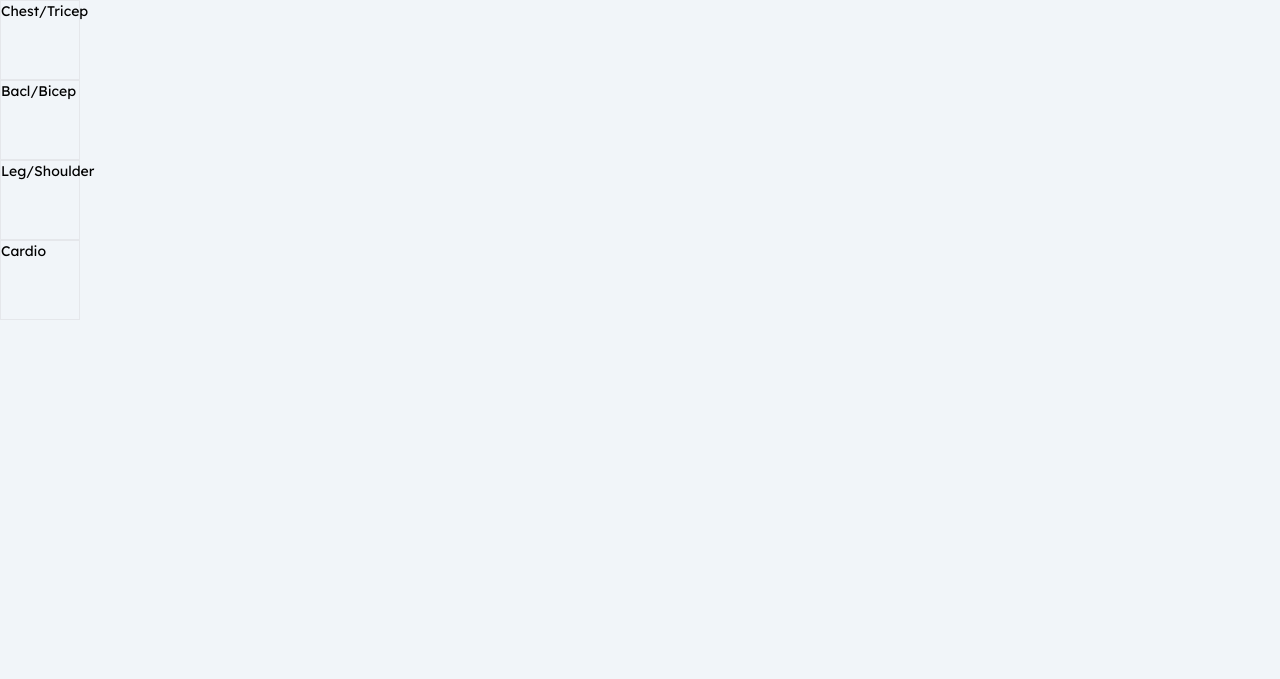
Repository: stavan30/tracker
Page: /
The author's editor kept a copy of each file at every save. The page is drawn from the files as they stood at one save, then again after the next save.
The browser window is 1280 px wide. The pictures show the whole page.
The project was rebuilt for these pictures with package versions that can differ from the ones it lists, and the page was loaded fresh each time. Also part of the build but not shown: vite.config.js.

Above is the page before, as saved 2024-02-23 17:52:36.

After the next save:
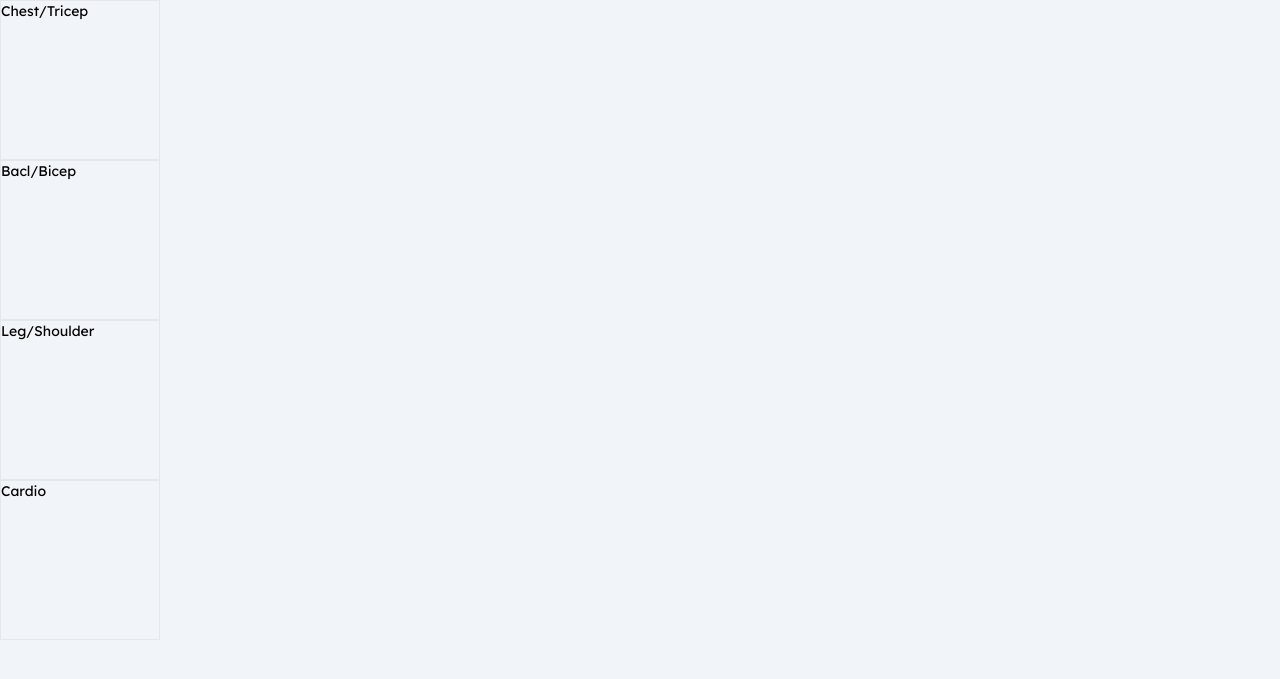
Saved 22 s later.
--- a/src/Components/Card.jsx
+++ b/src/Components/Card.jsx
@@ -2,7 +2,7 @@ import React from 'react'
 
 const Card = (props) => {
   return (
-    <div className='text-black text-sm font-lex border h-20 w-20'>{props.day}</div>
+    <div className='text-black text-sm font-lex border h-40 w-40'>{props.day}</div>
   )
 }
 
